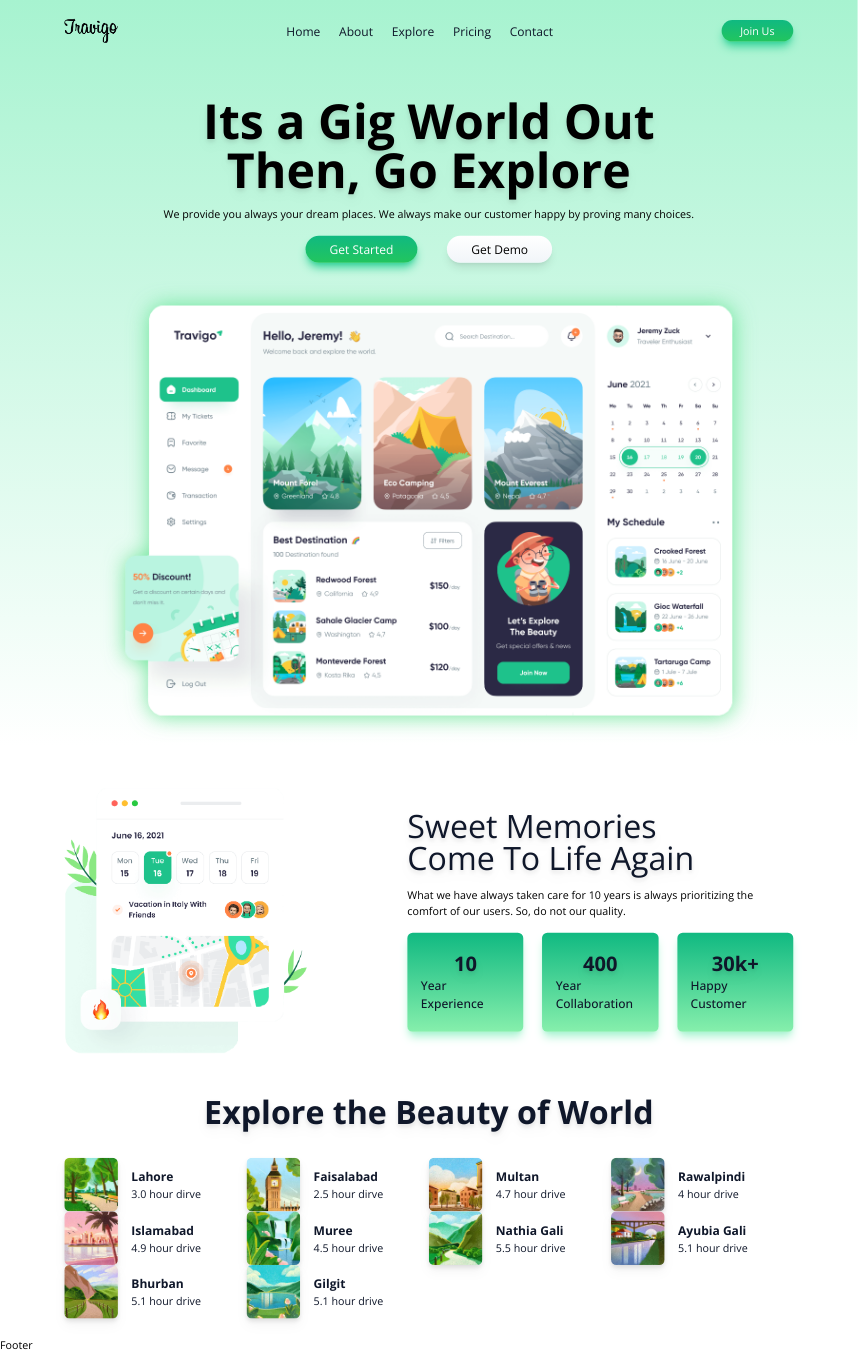
Repository: ThiAlbani83/travigo-travel-app
Page: /
These files come from the project's save history. The page is drawn as it stood at one moment and after the next save; the edit follows.
The browser window is 1280 px wide. The pictures show the whole page, at 67% of full size.
The project was rebuilt for these pictures with package versions that can differ from the ones it lists, and the page was loaded fresh each time. Also part of the build but not shown: vite.config.js.

Above is the page before, as saved 2023-03-21 11:32:07.

After the next save:
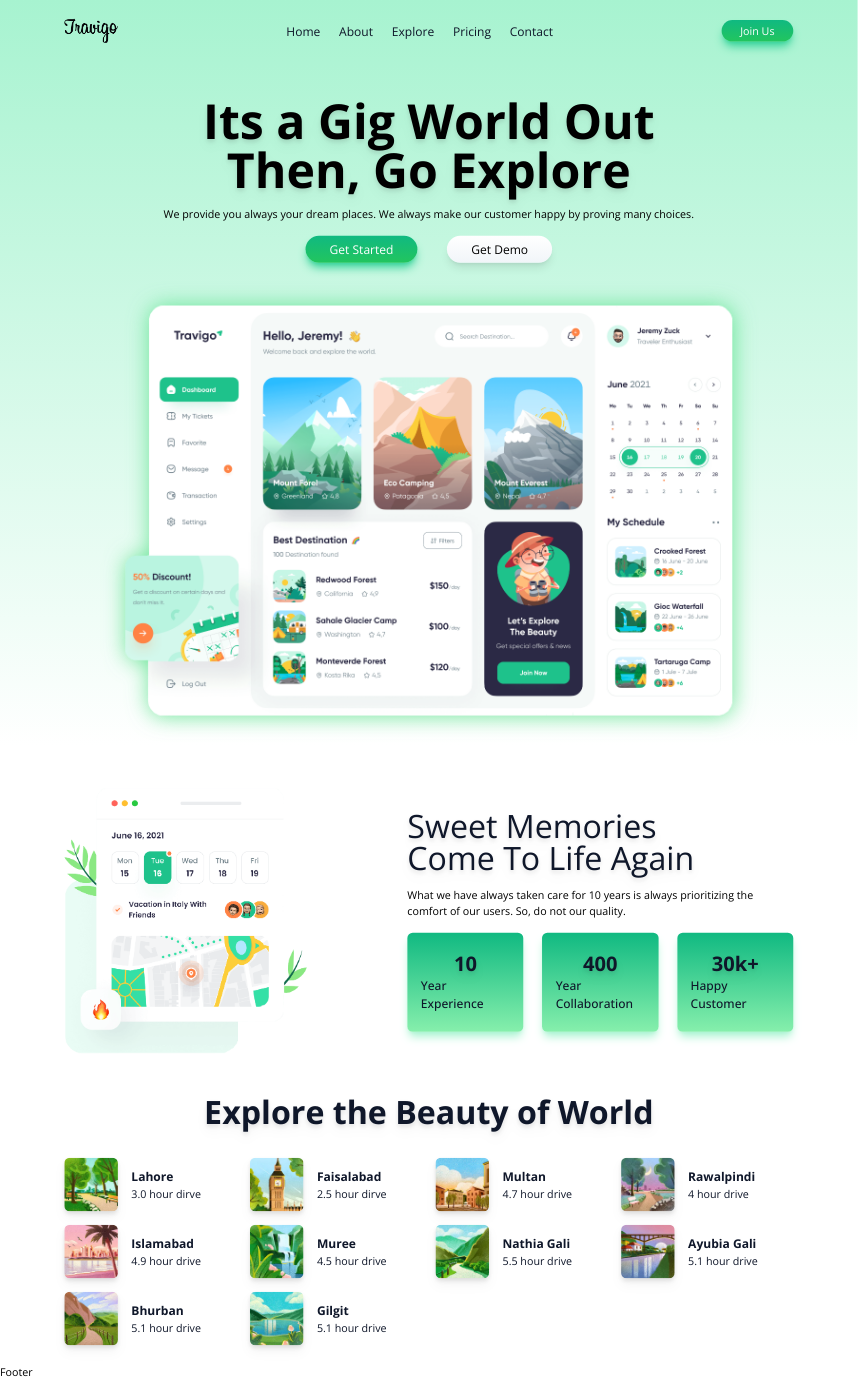
Saved 5 s later.
--- a/src/components/Explore.jsx
+++ b/src/components/Explore.jsx
@@ -8,7 +8,7 @@
                     <div className='flex items-center justify-center text-center mb-11 md:mb-7'>
                         <h1 className='text-5xl lg:text-4xl md:text-3xl sm:text-2xl xsm:text-xl font-bold filter drop-shadow-lg text-slate-900'>{title}</h1>
                     </div>
-                    <div className='grid items-center grid-cols-4 lg:grid-cols-3 md:grid-cols-2'>
+                    <div className='grid items-center grid-cols-4 lg:grid-cols-3 md:grid-cols-2 gap-5'>
                         {placesAPI?.map((val, index) => (
                             <div key={index} className='flex items-center gap-5 sm:gap-3 rounded-lg'>
                                 <div className='flex items-center'>
